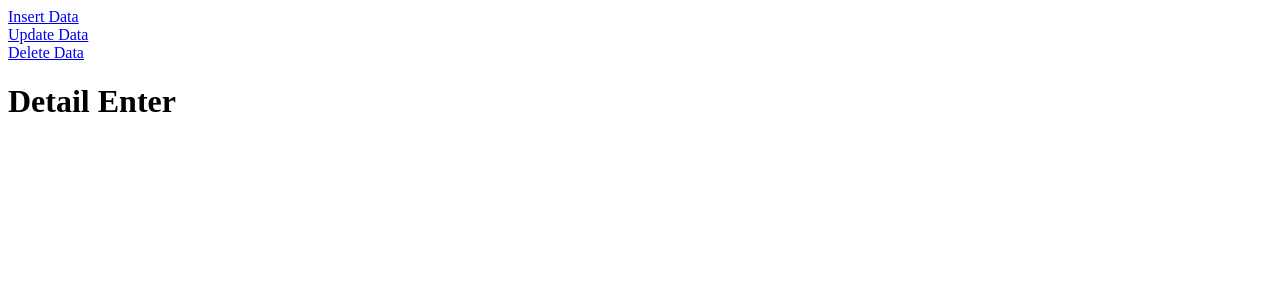
Repository: Sharathguru/Product_Task
Page: / (app in Frontend/)
These files come from the project's save history. The page is drawn as it stood at one moment and after a run of saves; the edit follows.
The browser window is 1280 px wide. The pictures show the whole page.
The project was rebuilt for these pictures with package versions that can differ from the ones it lists, and the page was loaded fresh each time. Also part of the build but not shown: Frontend/vite.config.js, Frontend/src/index.css, Frontend/src/axios/axios.js, Frontend/src/Pages/Insert.jsx, Frontend/src/Pages/Update.jsx, Frontend/src/Pages/Fetch.jsx, Frontend/src/Pages/Delete.jsx.

Above is the page before, as saved 2025-06-13 14:33:16.

### Frontend/src/App.jsx
import React from 'react'
import { BrowserRouter, Route, Routes } from 'react-router-dom'
import Home from './Components/Home'
import Insert from './Pages/Insert'
import Update from './Pages/Update'
import Fetch from './Pages/Fetch'
import Delete from './Pages/Delete'

const App = () => {
  return (
    <div>
      <BrowserRouter>
      <Routes>
        <Route path="/" element={<Home />} />
        <Route path="/insert" element={<Insert />} />
        <Route path="/update" element={<Update />} />
        <Route path="/fetch" element={<Fetch />} />
        <Route path="/delete" element={<Delete />} />
      </Routes>
        {/* <Route path="*" element={<h1>404 Not Found</h1>} /> */}
      </BrowserRouter>
    </div>
  )
}

export default App

### Frontend/src/Components/Home.jsx
import React from 'react'
import { Link } from 'react-router-dom'
import axios from 'axios'

const Home = () => {
    let [date, setDate] = React.useState('')
    let getDate=async () => {
        let response=await axios.get('/date')
        setDate(response.data)
    }
  return (
    <div>

        <Link to="/insert">Insert Data</Link>
        <br />
        <Link to="/update">Update Data</Link>
        <br />

        <Link to="/delete">Delete Data</Link>
        <br />
        <h1>Detail Enter</h1>
    </div>
  )
}

export default Home

### Frontend/src/Components/Navbar.jsx
import React from 'react'

const Navbar = () => {
  return (
    <div>
        <div>
            <img src="" alt="" />
            <input type="text" name=""  id="" />
        </div>
    </div>
  )
}

export default Navbar

Loaded but not shown: Frontend/index.html (common file); Frontend/src/main.jsx (common file)

After the next 4 saves:
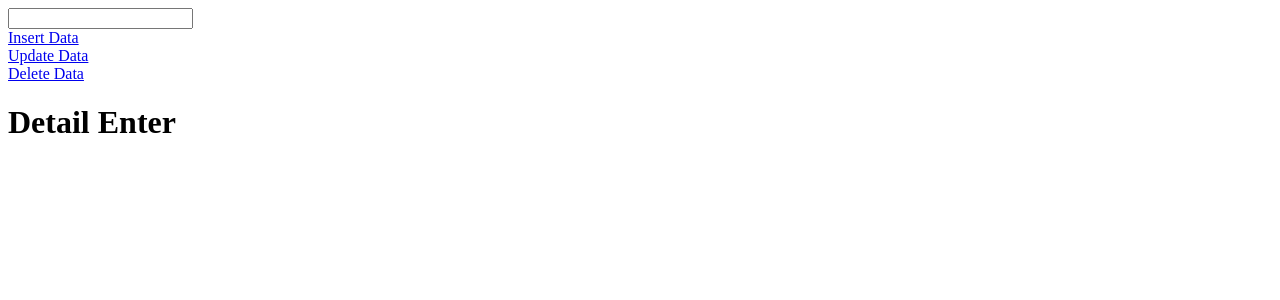
The 4 saves are shown as one change because they came seconds apart.
The last was saved 12 s later.
--- a/Frontend/src/Components/Home.jsx
+++ b/Frontend/src/Components/Home.jsx
@@ -1,6 +1,7 @@
 import React from 'react'
 import { Link } from 'react-router-dom'
 import axios from 'axios'
+import Navbar from './Navbar'
 
 const Home = () => {
     let [date, setDate] = React.useState('')
@@ -10,7 +11,7 @@ const Home = () => {
     }
   return (
     <div>
-
+        <Navbar/>
         <Link to="/insert">Insert Data</Link>
         <br />
         <Link to="/update">Update Data</Link>
